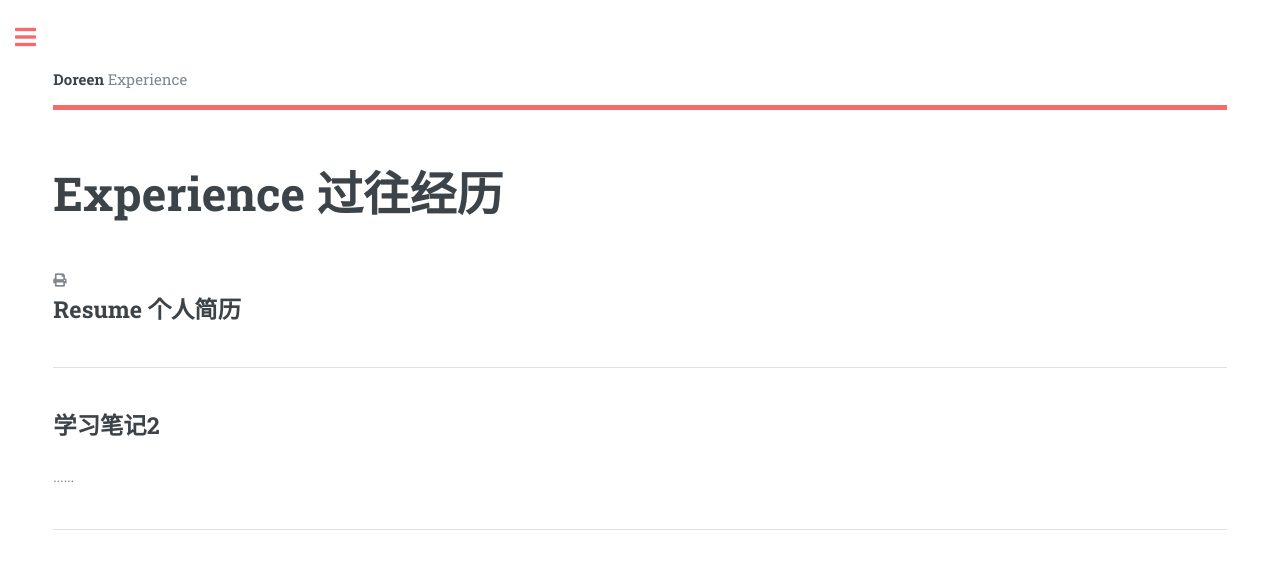
Repository: Hpz3859/Hpz3859.github.io
Page: experience.html
The author's editor kept a copy of each file at every save. The page is drawn from the files as they stood at one save, then again after the next save.
The browser window is 1280 px wide. The pictures show the whole page.

Above is the page before, as saved 2025-03-19 14:39:17.

After the next save:
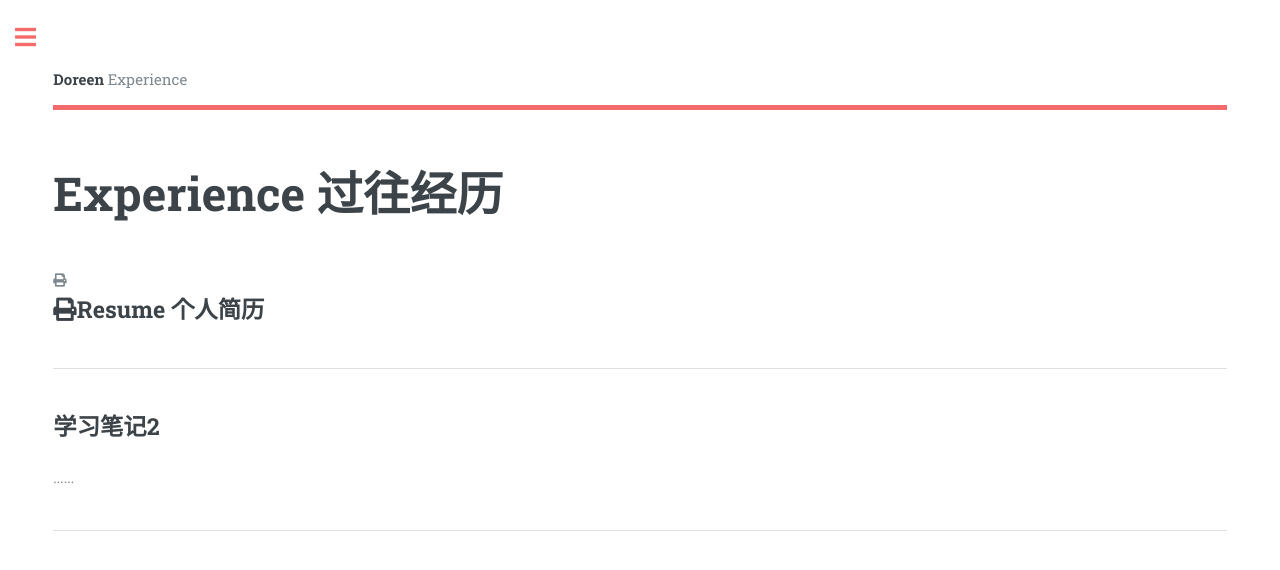
Saved 26 s later.
--- a/experience.html
+++ b/experience.html
@@ -42,7 +42,7 @@
 										<!-- Content -->
 										<div class="content">
 											<span class="icon solid fa-print"></span>
-											<h2><a href="resume.html" class="logo">Resume 个人简历</a></h2>
+											<h2><span class="icon solid fa-print"></span><a href="resume.html" class="logo">Resume 个人简历</a></h2>
 
 
 										</div>
